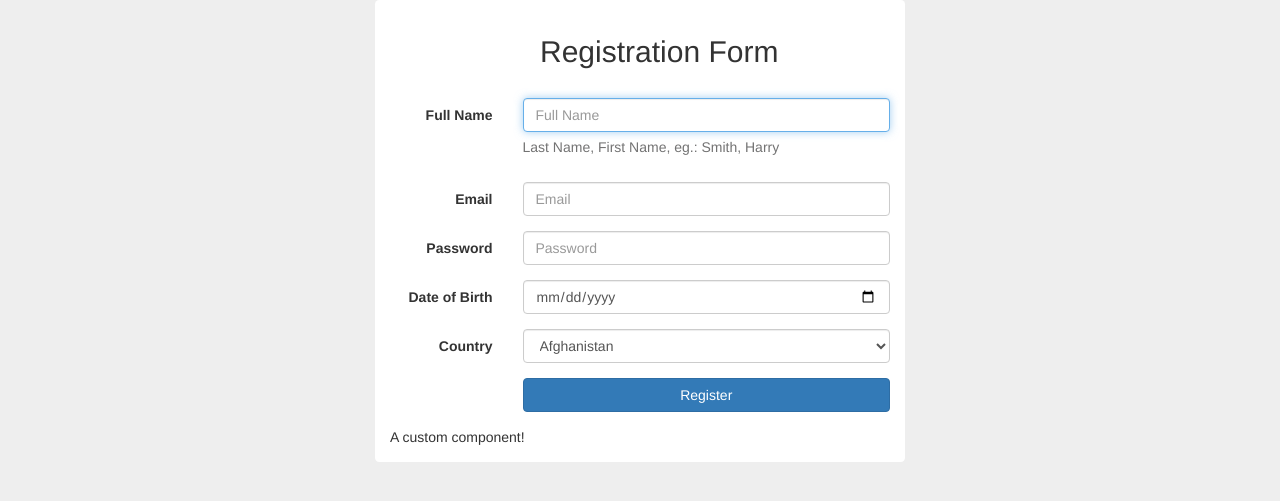
Repository: MeghaNagari/PracticeAtVMC
Page: Practice/VuePractice/WebContent/LoginDisplay.html
An editor plug-in stored every save of this project. The page is shown before and after the next save, followed by the edit.
The browser window is 1280 px wide. The pictures show the whole page.
Some web libraries are served in a nearby version.

Above is the page before, as saved 2018-03-20 17:55:30.
Console error (its wording comes from the project's code and is left out).

After the next save:
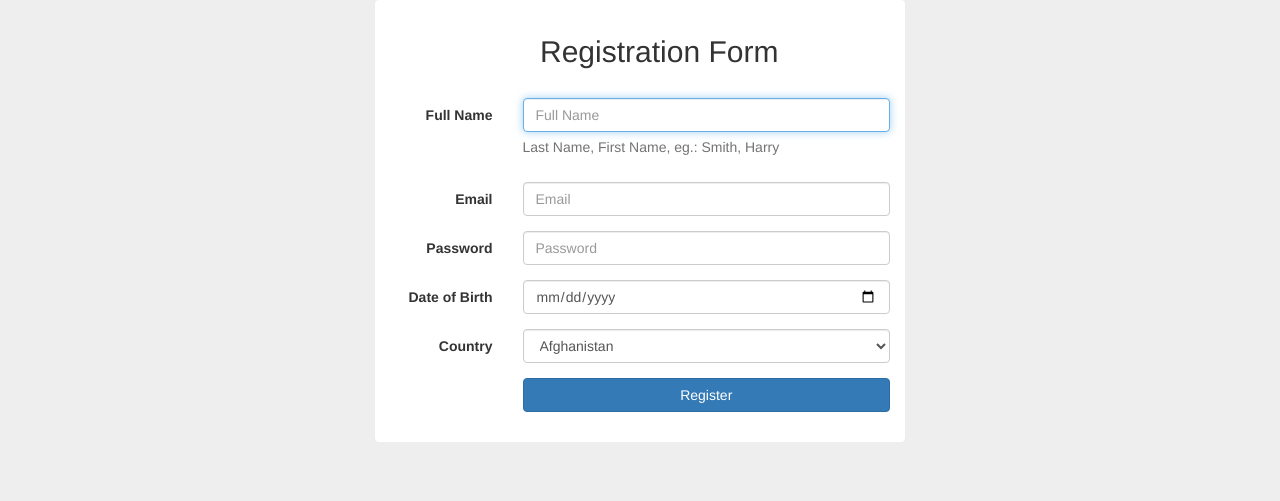
Saved 54 s later.
--- a/Practice/VuePractice/WebContent/LoginDisplay.html
+++ b/Practice/VuePractice/WebContent/LoginDisplay.html
@@ -80,7 +80,7 @@
         	el:"#parentForm",
         	data:{
         		object:{
-        		firstName:"",
+        		this.firstName:"",
         		email:"",
         		password:"",
         		birthDate:""

After the 2 saves that followed:
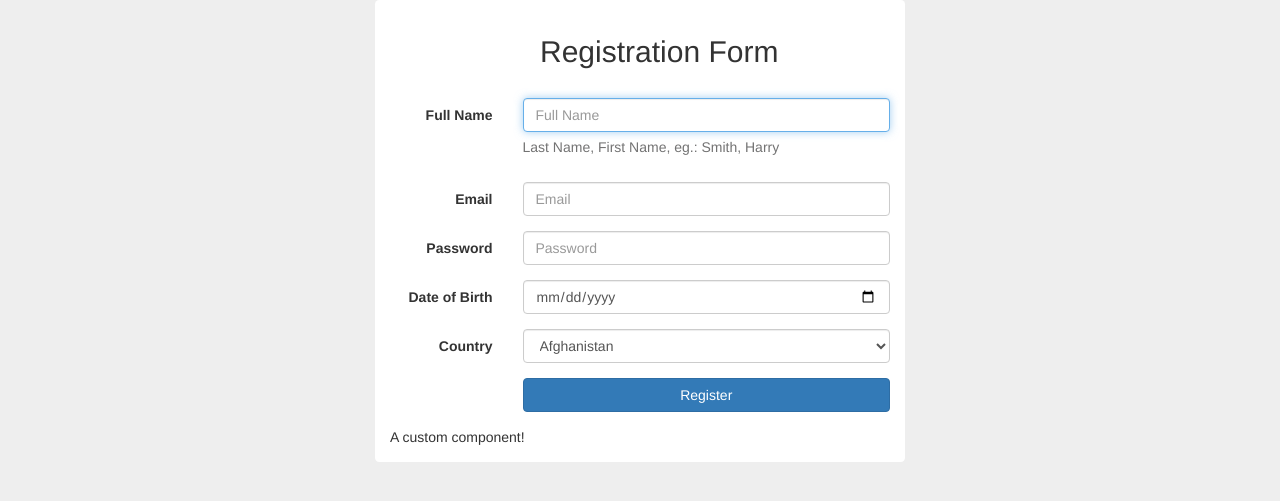
The 2 saves are shown as one change because 1 left the picture as it was.
The last was saved 37 s later.
--- a/Practice/VuePractice/WebContent/LoginDisplay.html
+++ b/Practice/VuePractice/WebContent/LoginDisplay.html
@@ -79,12 +79,12 @@
         new Vue({
         	el:"#parentForm",
         	data:{
-        		object:{
-        		this.firstName:"",
+
+        		firstName:"",
         		email:"",
         		password:"",
         		birthDate:""
-        		}
+
         	},
         	methods:{
         		submitForm:function(event){
